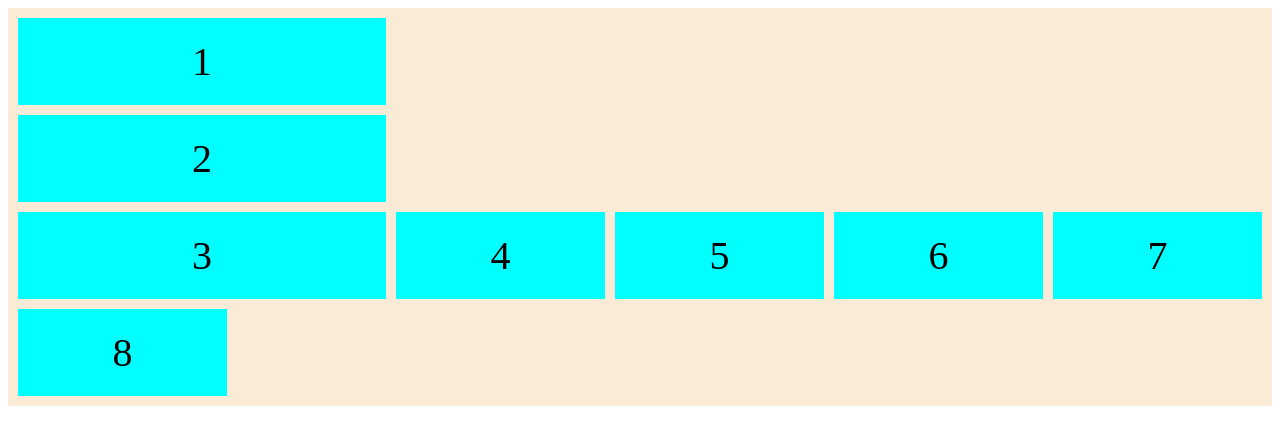
Repository: Thonghehe/Lab1_WEB106
Page: index11.html
The author's editor kept a copy of each file at every save. The page is drawn from the files as they stood at one save, then again after the next save.
The browser window is 1280 px wide. The pictures show the whole page.

Above is the page before, as saved 2024-03-05 18:06:17.

After the next save:
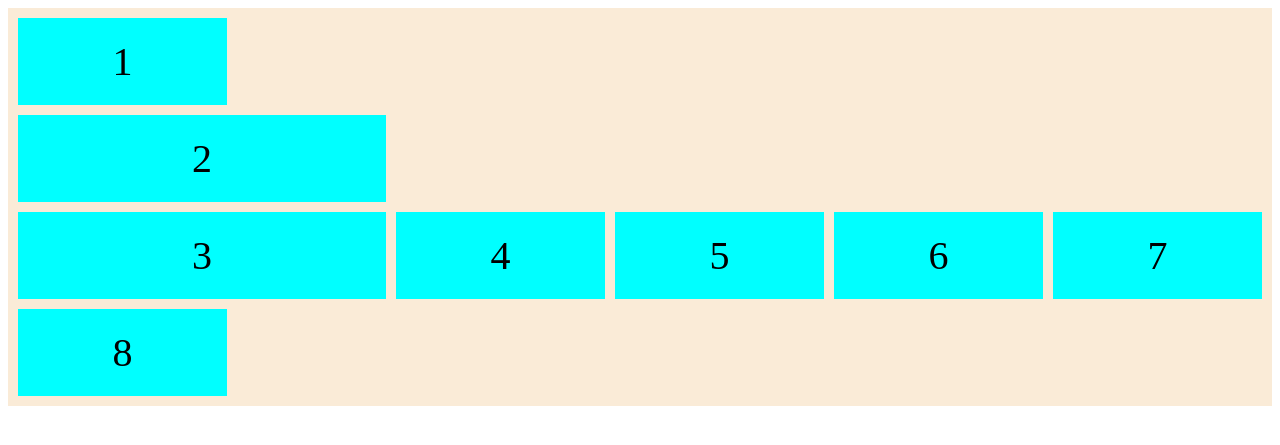
Saved 24 s later.
--- a/style.css
+++ b/style.css
@@ -14,7 +14,7 @@
     font-size: 40px;
 }
 
-.item1,
+
 .item2,
 
 .item3 {
